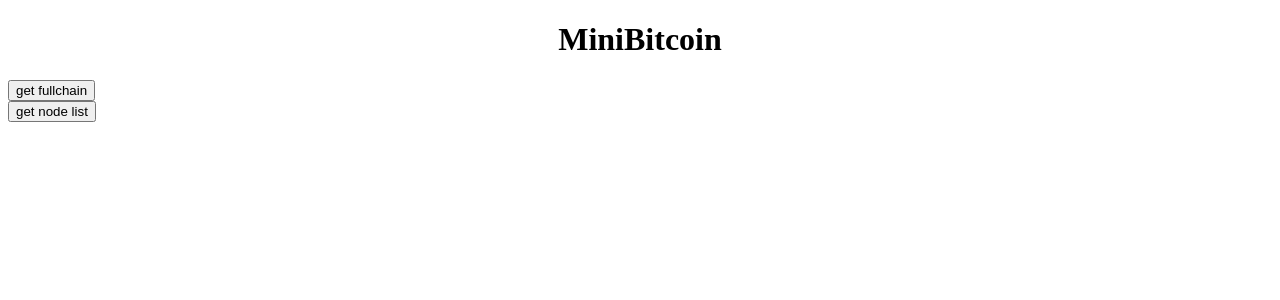
Repository: lam4562311/Minibitcoin
Page: http://localhost/
An editor plug-in stored every save of this project. The page is shown before and after the next save, followed by the edit.
The browser window is 1280 px wide. The pictures show the whole page.
Some web libraries are served in a nearby version. The page is served by the project's application, run on Flask 3 (bitcoin-5003.py).

Above is the page before, as saved 2022-04-08 22:18:44.

After the next save:
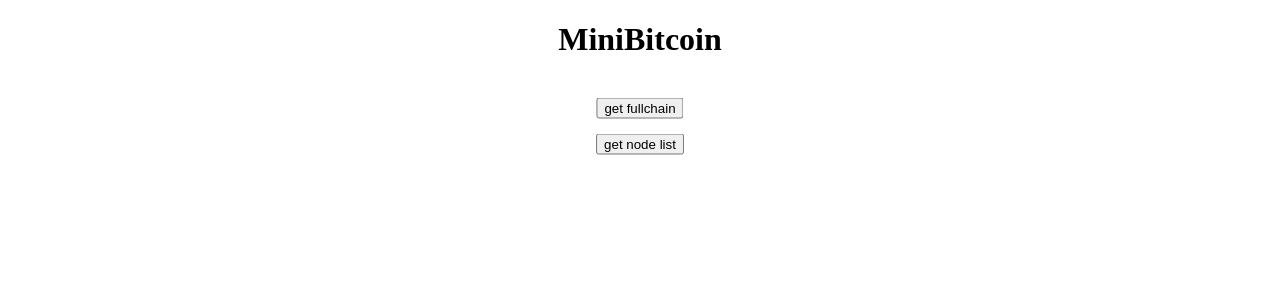
Saved 73 s later.
--- a/templates/homepage.html
+++ b/templates/homepage.html
@@ -17,12 +17,17 @@
 
 
         <span id="fullchain_span"></span>
+        <br>
+        <div class="center">
             <button id="get_chain_bt">get fullchain</button>
+        </div>
         <br>
         <span id="node_list_span"></span>
-
+        <br>
+        <div class="center">
             <button id="get_node_bt">get node list</button>
-
+        </div>
+        <br>
     <script src="//ajax.googleapis.com/ajax/libs/jquery/1.9.1/jquery.min.js"></script>
     <script src="{{url_for("static", filename="index.js")}}"></script>
     </body>
